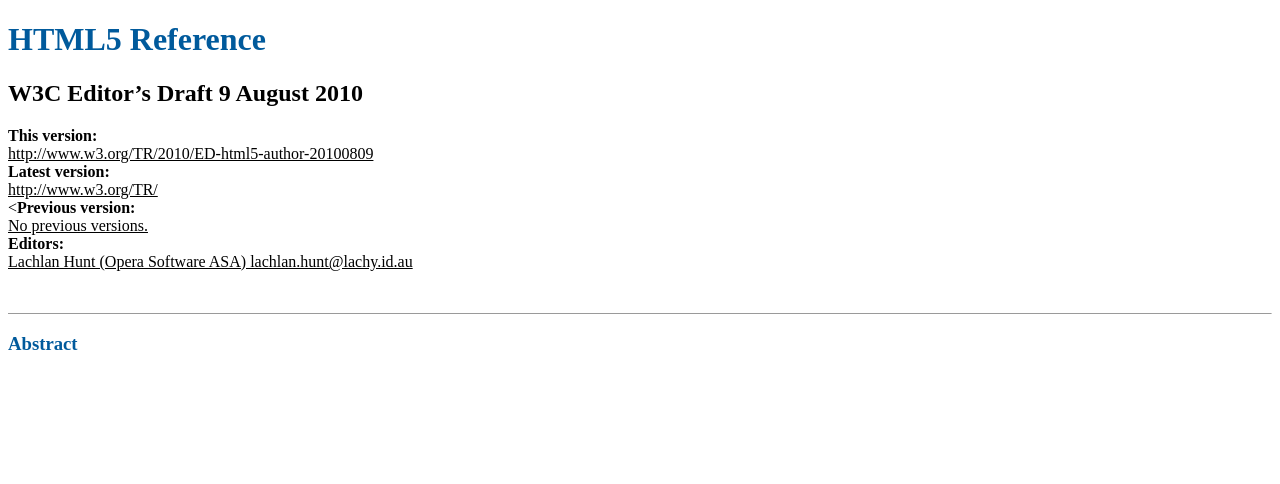
Repository: sujin9335/Front-end
Page: ClientTest/src/main/webapp/html/문제/5.html
These files come from the project's save history. The page is drawn as it stood at one moment and after the next save; the edit follows.
The browser window is 1280 px wide. The pictures show the whole page.

Above is the page before, as saved 2023-09-20 08:35:25.

After the next save:
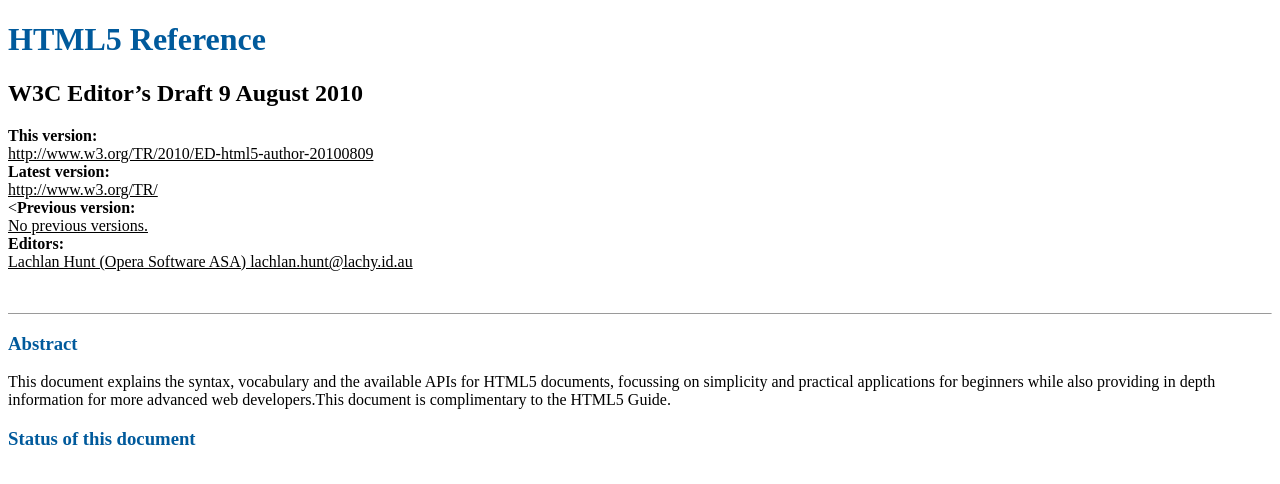
Saved 85 s later.
--- a/ClientTest/src/main/webapp/html/문제/5.html
+++ b/ClientTest/src/main/webapp/html/문제/5.html
@@ -19,6 +19,10 @@
 <hr size="1">
 
 <h3><font color="#005A9C">Abstract</font></h3>
+<p>This document explains the syntax, vocabulary and the available APIs for HTML5 documents, focussing on simplicity and practical applications for beginners while also providing in depth information for more advanced web developers.This document is complimentary to the HTML5 Guide.</p>
+<h3><font color="#005A9C">Status of this document</font></h3>
+
+
 
 
 
